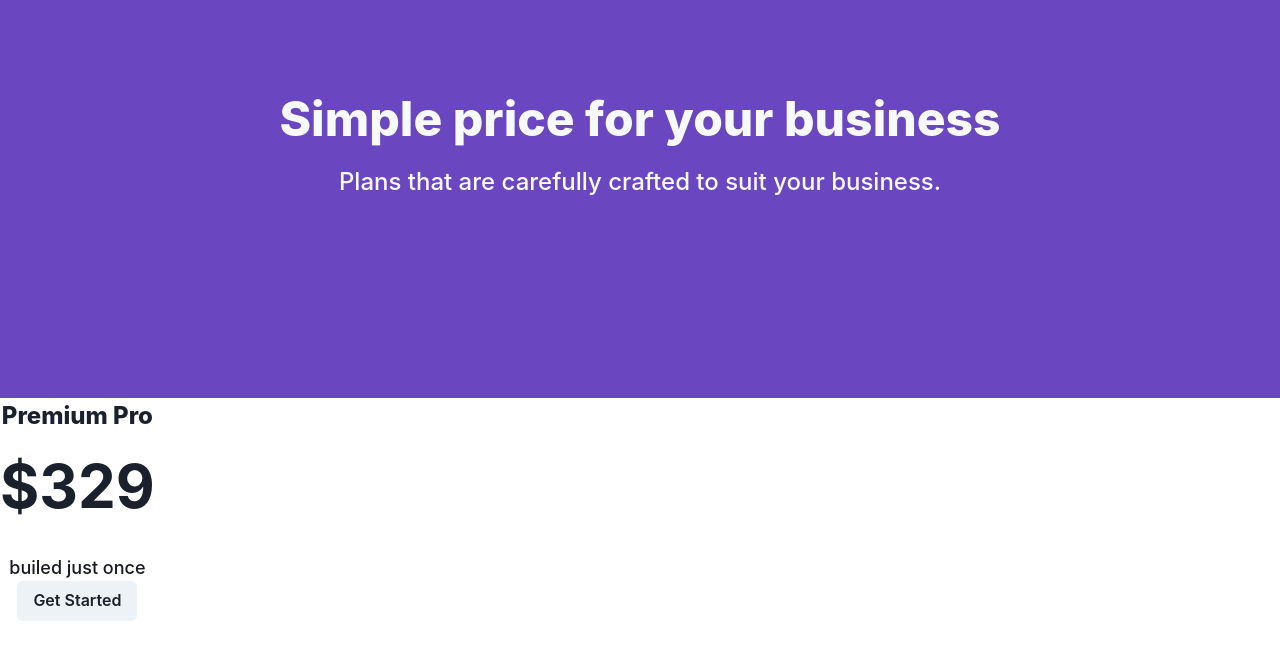
Repository: noutijo/learn-in-depth-chakra-ui
Page: /
An editor plug-in stored every save of this project. The page is shown before and after the next save, followed by the edit.
The browser window is 1280 px wide. The pictures show the whole page.
The project was rebuilt for these pictures with package versions that can differ from the ones it lists, and the page was loaded fresh each time. Also part of the build but not shown: vite.config.ts.

Above is the page before, as saved 2023-01-30 15:38:33.

After the next save:
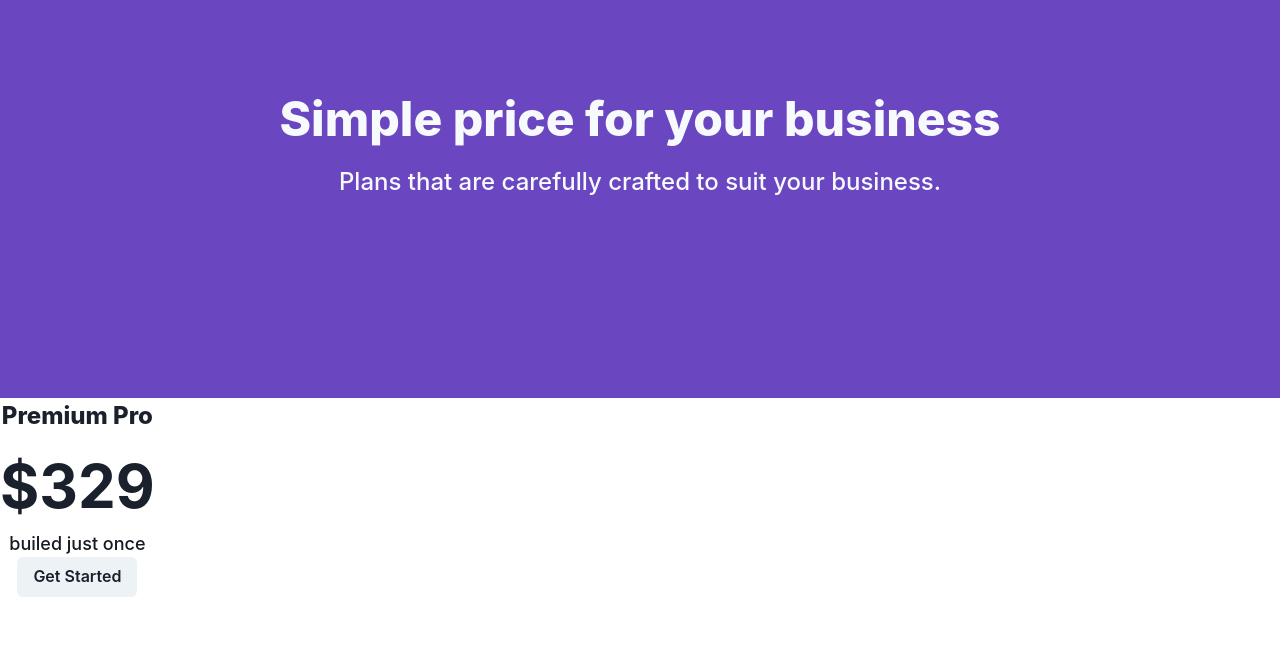
Saved 4 s later.
--- a/src/components/Pricing.tsx
+++ b/src/components/Pricing.tsx
@@ -8,7 +8,7 @@ export function Pricing() {
         <Box>
             <Text fontSize="24px" fontWeight="800">Premium Pro</Text>
             <Heading as="h3" fontSize="60px" mt="16px">$329</Heading>
-            <Text fontSize="18px" fontWeight="500" color="#171923" mt="8">builed just once</Text>
+            <Text fontSize="18px" fontWeight="500" color="#171923" mt="8px">builed just once</Text>
             <Button>Get Started</Button>
         </Box>
         <Box></Box>
